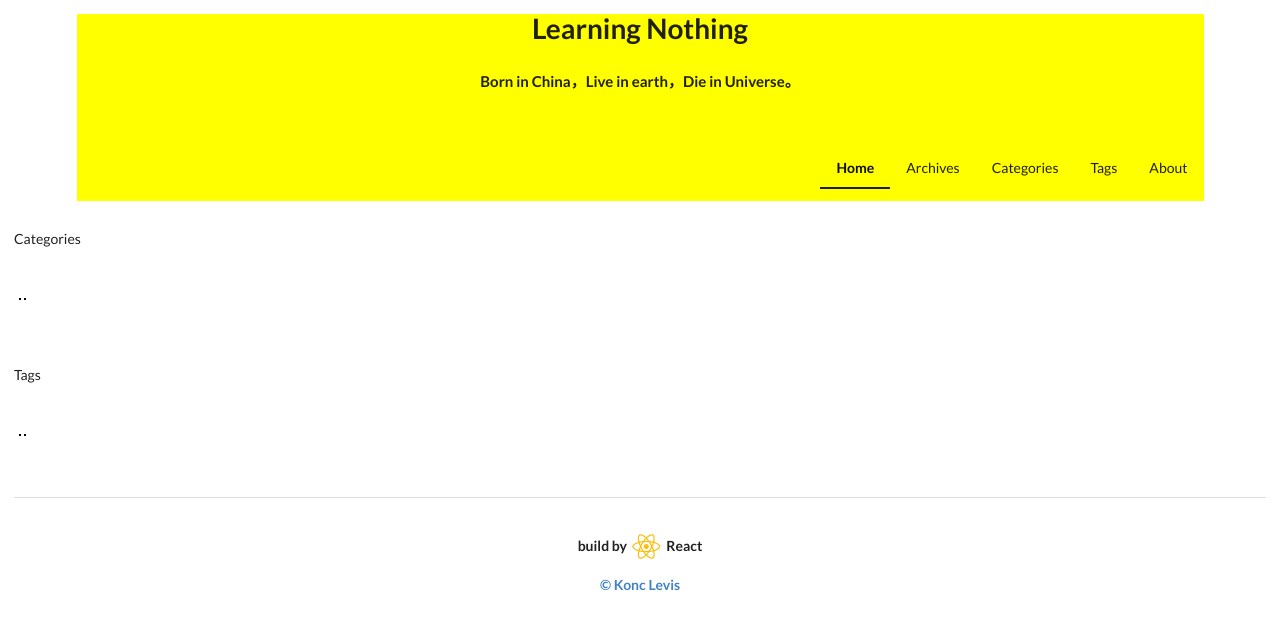
Repository: chu4j/my-spring-cloud-blog-frontend
Page: /
The author's editor kept a copy of each file at every save. The page is drawn from the files as they stood at one save, then again after the next save.
The browser window is 1280 px wide. The pictures show the whole page.
The page's requests for data from a server got no answer. The project was rebuilt for these pictures with package versions that can differ from the ones it lists, and the page was loaded fresh each time. No one was signed in, and anything a server would have sent is missing. Also part of the build but not shown: src/components/Categories.jsx, src/components/FocusContent.jsx, src/css/App.css, src/components/owner/LoginForm.jsx, src/components/Tags.jsx, src/components/Timeline.jsx, src/components/TimelineHome.jsx.

Above is the page before, as saved 2021-02-24 11:39:19.

### src/index.js
import React from 'react';
import ReactDOM from 'react-dom';
import { BrowserRouter } from 'react-router-dom';
import 'semantic-ui-css/semantic.min.css';
import './css/index.css';
import BlogRouter from './router/Router';
import  'github-markdown-css';
ReactDOM.render(<
    BrowserRouter forceRefresh={true} >
    <BlogRouter />
</BrowserRouter>,
    document.getElementById('root')
);

### src/css/index.css
body {
  margin: 1em;
  -webkit-font-smoothing: antialiased;
  -moz-osx-font-smoothing: grayscale;
}

code {
  font-family: source-code-pro, Menlo, Monaco, Consolas, "Courier New",
    monospace;
}

.post-container {
  padding: 2px;
  border-radius: 0.5em;
}

.post-title {
  color: #010101;
}

.post-title:hover {
  color: #010101;
  text-decoration: underline;
}

/*animate*/

.posts-appear {
  opacity: 0;
}

.posts-enter {
  opacity: 1;
  transform: scale(0.95);
}

.posts-enter-active {
  opacity: 1;
  transform: translateX(0);
  transition: opacity 300ms, transform 200ms;
}

.posts-exit {
  opacity: 1;
  transform: scale(0.9);
}

.posts-exit-active {
  opacity: 0;
  transform: translateX(0);
  transition: opacity 300ms, transform 200ms;
}

.post-container pre code {

}
.common-label {
  display: inline-block;
  margin: 5px;
  padding: 2px;
  color: #010101;
  border-bottom: 2px dotted #010101;
  border-radius: 0;
}

### src/router/Router.jsx
import { Route, Switch } from "react-router-dom";
import Categories from "../components/Categories";
import FocusPostComponent from "../components/FocusContent";
import Home from "../components/Home";
import LoginForm from "../components/owner/LoginForm";
import Tags from "../components/Tags";
import MyTimeline from "../components/Timeline";
import TimelineHome from "../components/TimelineHome";
export default function BlogRouter() {
  return (
    <Switch>
      <Route path="/" exact>
        <Home />
      </Route>
      <Route path="/owner/login" exact>
        <LoginForm />
      </Route>
      <Route path="/category/:name" exact>
        <Home />
      </Route>
      <Route path="/tag/:name" exact>
        <Home />
      </Route>
      <Route path="/posts/page/:pageNumber">
        <Home />
      </Route>
      <Route path="/category/:name/page/:pageNumber">
        <Home />
      </Route>
      <Route path="/tag/:name/page/:pageNumber">
        <Home />
      </Route>
      <Route path="/post/:postId" exact>
        <FocusPostComponent />
      </Route>
      <Route path="/categories" exact>
        <Categories />
      </Route>
      <Route path="/tags" exact>
        <Tags />
      </Route>
      <Route path="/posts/timeline" exact>
        <TimelineHome />
      </Route>
      <Route path="/posts/timeline/page/:pageNumber" exact>
        <TimelineHome />
      </Route>
    </Switch>
  );
}

### src/components/Home.jsx
import { React, useEffect, useState } from "react";
import { useParams, useRouteMatch } from "react-router-dom";
import "../css/App.css";
import { ServerHost } from "./AppConfig";
import BlogLayout from "./BlogLayout";
import CategoryComponent from "./CategoryComponent";
import ContentComponent from "./Content";
import TagComponent from "./TagComponent";
async function getArchive(path) {
  const axios = require("axios").default;
  if (null == path) {
    return axios.get(ServerHost + "/v1/api/archive").then((res) => res.data);
  } else {
    return axios.get(path).then((res) => res.data);
  }
}
function countPath(router, name, pageNumber) {
  let requestUrl = "";
  let pagePrefix = "";
  const path = router.path;
  switch (path) {
    case "/":
      requestUrl = ServerHost + "/v1/api/archive";
      pagePrefix = "/posts/page/";
      break;
    case "/category/:name":
      requestUrl = ServerHost + "/v1/api/category/" + name;
      pagePrefix = "/category/" + name + "/page/";
      break;
    case "/category/:name/page/:pageNumber":
      requestUrl =
        ServerHost + "/v1/api/category/" + name + "?page=" + pageNumber;
      pagePrefix = "/category/" + name + "/page/";
      break;
    case "/tag/:name":
      requestUrl = ServerHost + "/v1/api/tag/" + name;
      pagePrefix = "/tag/" + name + "/page/";
      break;
    case "/tag/:name/page/:pageNumber":
      requestUrl = ServerHost + "/v1/api/tag/" + name + "?page=" + pageNumber;
      pagePrefix = "/tag/" + name + "/page/";
      break;
    case "/posts/page/:pageNumber":
      requestUrl = ServerHost + "/v1/api/archive?page=" + pageNumber;
      pagePrefix = "/posts/page/";
      break;
    default:
      break;
  }
  return { requestUrl, pagePrefix };
}
export default function Home() {
  let { name, pageNumber } = useParams();
  const router = useRouteMatch();
  console.log("router:" + JSON.stringify(router) + " type:" + typeof router);
  const params = countPath(router, name, pageNumber);
  console.log("returnPath:" + params.requestUrl);
  let activePage = 1;
  if (null != pageNumber && undefined != pageNumber) activePage = pageNumber;
  const [response, setData] = useState({});
  useEffect(() => {
    getArchive(params.requestUrl).then((res) => {
      setData(res);
    });
  }, []);
  return (
    <BlogLayout
      CategoryComponent={<CategoryComponent />}
      TagComponent={<TagComponent />}
      ContentComponent={
        <ContentComponent
          response={response}
          activePage={activePage}
          pagePrefix={params.pagePrefix}
        />
      }
      style={{ margin: 0, padding: 0 }}
    />
  );
}

### src/components/BlogLayout.jsx
import { Grid } from "semantic-ui-react";
import "../css/index.css";
import Header from "./BlogHeader";
import DivRow from "./Common";
import Footer from "./Footer";
export default function BlogLayout(props) {
  return (
    <div className="customBackground">
      <Grid stackable>
        <Grid.Row columns={1}>
          <Header />
        </Grid.Row>
        <Grid.Row>
          {props.CategoryComponent && props.TagComponent && (
            <Grid.Column width={3}>
              {props.CategoryComponent}
              <DivRow />
              <DivRow />
              <DivRow />
              {props.TagComponent}
            </Grid.Column>
          )}
          {props.CategoryComponent &&
          props.TagComponent &&
          props.ContentComponent ? (
            <Grid.Column width={12}>{props.ContentComponent}</Grid.Column>
          ) : (
            <Grid.Column width={16}>{props.ContentComponent}</Grid.Column>
          )}
        </Grid.Row>
        <Grid.Row columns={1}>
          <Grid.Column>
            <Footer />
          </Grid.Column>
        </Grid.Row>
      </Grid>
    </div>
  );
}

### src/components/CategoryComponent.jsx
import React, { Component } from "react";
import { ServerHost } from "./AppConfig";
import DivRow from "./Common";
class CategoryComponent extends Component {
  state = {
    data: [{}],
  };
  componentDidMount() {
    const axois = require("axios").default;
    axois
      .get(ServerHost + "/v1/api/category/statistics/count")
      .then((res) => {
        const data = res.data;
        this.setState({ data: data });
      })
      .catch((error) => {
        console.log(error);
      });
    console.log("category card render");
  }
  render() {
    return (
      <>
        <span>Categories</span>
        <DivRow />
        <div>
          {this.state.data.map((e, index) => (
            <a key={index} href={"/category/" + e.value} className="common-label">
              {e.value}
              &nbsp;
              {e.count}
            </a>
          ))}
        </div>
      </>
    );
  }
}
export default CategoryComponent;

### src/components/AppConfig.jsx
export const ServerHost = "http://localhost:9000";

### src/components/Content.jsx
import { React, useEffect, useState } from "react";
import { useHistory, withRouter } from "react-router-dom";
import { CSSTransition } from "react-transition-group";
import { Container, Grid, Header, Icon, Pagination } from "semantic-ui-react";
import DivRow from "./Common";

function ContentComponent(props) {
  const hljs = require("highlight.js");
  const [showComponent, setShowComponent] = useState(false);
  console.log("state : " + showComponent);
  useEffect(() => {
    let time = setTimeout(() => setShowComponent(true), 100);
    hljs.highlightAll();
    return () => {
      clearTimeout(time);
    };
  }, []);
  const history = useHistory();
  const handlePaginationClick = (e, { activePage }) => {
    const url = props.pagePrefix + activePage;
    history.push(url);
  };
  return (
    <>
      <CSSTransition
        in={showComponent}
        classNames="posts"
        timeout={200}
        unmountOnExit
      >
        <Container fluid>
          {props.response.list &&
            props.response.list.map((a, index) => (
              <div
                className="post-container"
                style={index > 0 ? { marginTop: "20px" } : {}}
              >
                <Header as="h1" textAlign="center">
                  <a href={"/post/" + a.serialNumber} className="post-title">
                    {a.title}
                  </a>
                </Header>
                {
                  <div
                    className="markdown-body"
                    dangerouslySetInnerHTML={{ __html: a.content }}
                  ></div>
                }

                <DivRow />
                {a.category && a.tag && (
                  <>
                    <Container fluid>
                      <Grid>
                        <Grid.Row>
                          <Grid.Column width={5}>
                            {a.category.map((c, index) => (
                              <>
                                {" "}
                                <div key={index}>
                                  <span>
                                    <Icon name="linkify" color="blue" />
                                    <a
                                      href={"/category/" + c.category}
                                      style={{ fontWeight: "900" }}
                                    >
                                      {c.category}
                                    </a>
                                  </span>
                                </div>
                              </>
                            ))}
                          </Grid.Column>

                          <Grid.Column width={11}>
                            {a.tag.map((t, index) => (
                              <>
                                {" "}
                                <span key={index}>
                                  <Icon name="hashtag" color="yellow" />
                                  <a
                                    href={"/tag/" + t.tag}
                                    style={{ fontWeight: "900" }}
                                  >
                                    {t.tag}
                                  </a>
                                </span>
                              </>
                            ))}
                          </Grid.Column>
                        </Grid.Row>
                      </Grid>
                    </Container>
                  </>
                )}
                <DivRow />
                <DivRow />
              </div>
            ))}
          {props.response.totalPage > 1 && props.activePage && (
            <Container fluid textAlign="center" style={{ marginTop: "2em" }}>
              <Pagination
                totalPages={props.response.totalPage}
                firstItem={null}
                lastItem={null}
                pointing
                secondary
                activePage={props.activePage}
                onPageChange={handlePaginationClick}
              />
            </Container>
          )}
          {props.focus && props.response.list && (
            <div style={{ marginTop: "1em" }}>
              <Grid stackable>
                <Grid.Row>
                  <Grid.Column width={8}>
                    {props.response.list.map((e, index) => (
                      <>
                        {e.previous && (
                          <a
                            key={index}
                            href={"/post/" + e.previous.serialNumber}
                            style={{ fontWeight: "900" }}
                          >
                            <Icon name="angle left" size="big"></Icon>
                            &nbsp;&nbsp;{e.previous.title}
                          </a>
                        )}
                      </>
                    ))}
                  </Grid.Column>
                  <Grid.Column width={8} textAlign="right">
                    {props.response.list.map((e, index) => (
                      <>
                        {e.next && (
                          <a
                            key={index}
                            href={"/post/" + e.next.serialNumber}
                            style={{ fontWeight: "900" }}
                          >
                            {e.next.title}&nbsp;&nbsp;
                            <Icon name="angle right" size="big"></Icon>
                          </a>
                        )}
                      </>
                    ))}
                  </Grid.Column>
                </Grid.Row>
              </Grid>
            </div>
          )}
        </Container>
      </CSSTransition>
    </>
  );
}
export default withRouter(ContentComponent);

### src/components/TagComponent.jsx
import React, { Component } from "react";
import { ServerHost } from "./AppConfig";
import DivRow from "./Common";
class TagComponent extends Component {
  state = {
    data: [{}],
  };
  componentDidMount() {
    const axois = require("axios").default;
    axois
      .get(ServerHost + "/v1/api/tag/statistics/count")
      .then((res) => {
        const data = res.data;
        this.setState({ data: data });
      })
      .catch((error) => {
        console.error(error);
      });
  }
  render() {
    return (
      <>
        <span>Tags</span>
        <DivRow />
        <div>
          {this.state.data.map((e, index) => (
            <a key={index} href={"/tag/" + e.value} className="common-label">
              {e.value}
              &nbsp;
              {e.count}
            </a>
          ))}
        </div>
      </>
    );
  }
}
export default TagComponent;

### src/components/Common.jsx
export default function DivRow() {
  return <div>&nbsp;</div>;
}

### src/components/BlogHeader.jsx
import React, { Component } from "react";
import { Container, Header, Menu, Visibility } from "semantic-ui-react";
const menuStyle = {
  border: "none",
  borderRadius: 0,
  boxShadow: "none",
  marginBottom: "1em",
  marginTop: "4em",
  transition: "box-shadow 0.5s ease, padding 0.5s ease",
};

const fixedMenuStyle = {
  backgroundColor: "#fff",
  border: "1px solid #ddd",
  boxShadow: "0px 3px 5px rgba(0, 0, 0, 0.2)",
};

const overlayStyle = {
  float: "left",
  margin: "0em 3em 1em 0em",
};

const fixedOverlayStyle = {
  ...overlayStyle,
  position: "fixed",
  top: "80px",
  zIndex: 10,
};

const overlayMenuStyle = {
  position: "relative",
  left: 0,
  transition: "left 0.5s ease",
};

const fixedOverlayMenuStyle = {
  ...overlayMenuStyle,
  left: "800px",
};

class BlogHeader extends Component {
  state = {
    activeItem: "home",
    menuFixed: false,
    overlayFixed: false,
  };
  stickOverlay = () => this.setState({ overlayFixed: true });

  stickTopMenu = () => this.setState({ menuFixed: true });

  unStickOverlay = () => this.setState({ overlayFixed: false });

  unStickTopMenu = () => this.setState({ menuFixed: false });

  handleItemClick = (e, { name }) => this.setState({ activeItem: name });
  render() {
    const { activeItem, menuFixed, overlayFixed, overlayRect } = this.state;
    return (
      <Container textAlign="right" style={{backgroundColor:'yellow'}}>
        <Header as="h1" content="Learning Nothing" textAlign="center" />
        <Header
          as="h4"
          content="Born in China，Live in earth，Die in Universe。"
          textAlign="center"
        />
        <Visibility
          onBottomPassed={this.stickTopMenu}
          onBottomVisible={this.unStickTopMenu}
          once={false}
        />
        <Menu
          borderless
          fixed={menuFixed ? "top" : undefined}
          style={menuFixed ? fixedMenuStyle : menuStyle}
          pointing
          secondary
          className="blog-header"
        >
          <Menu.Item
            as="a"
            name="home"
            active={activeItem === "home"}
            onClick={this.handleItemClick}
            position="right"
            link
            href="/"
          ></Menu.Item>
          <Menu.Item
            as="a"
            name="archives"
            active={activeItem === "archives"}
            onClick={this.handleItemClick}
            link
            href="/posts/timeline"
          />
          <Menu.Item
            as="a"
            name="categories"
            active={activeItem === "categories"}
            onClick={this.handleItemClick}
            link
            href="/categories"
          />
          <Menu.Item
            name="tags"
            active={activeItem === "tags"}
            onClick={this.handleItemClick}
            as="a"
            href="/tags"
          />
          <Menu.Item
            name="about"
            active={activeItem === "about"}
            onClick={this.handleItemClick}
          />
        </Menu>
        <Visibility
          offset={80}
          once={false}
          onTopPassed={this.stickOverlay}
          onTopVisible={this.unStickOverlay}
          style={overlayFixed ? { ...overlayStyle, ...overlayRect } : {}}
        />
      </Container>
    );
  }
}

export default BlogHeader;

### src/components/Footer.jsx
import { Component, React } from "react";
import { Divider, Icon } from "semantic-ui-react";
import DivRow from "./Common";

class Footer extends Component {
  render() {
    return (
      <div style={{ marginTop: "2em", textAlign: "center" }}>
        <Divider />
        <DivRow />
        <p style={{ fontWeight: "900" }}>
          build by <Icon name="react" color="yellow" size="big" />
          <b>React</b>
        </p>

        <a href="https://www.github.com/konchoo">
          <b>&copy;&nbsp;Konc Levis</b>
        </a>
      </div>
    );
  }
}
export default Footer;

Loaded but not shown: public/index.html (common file)

After the next save:
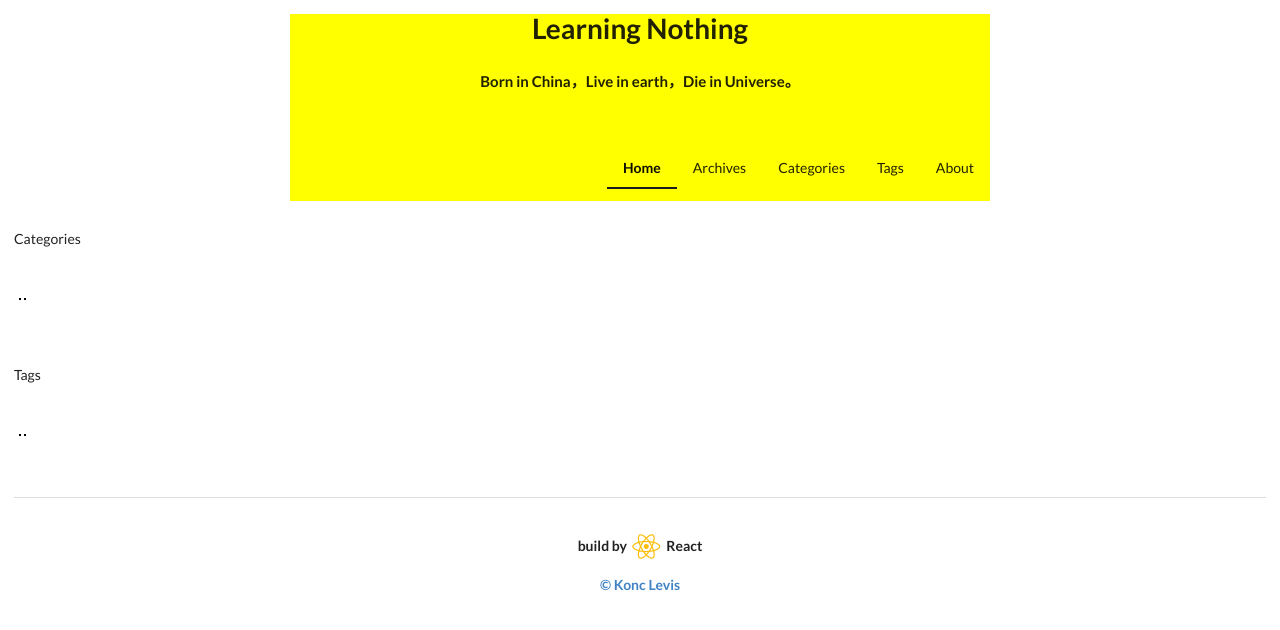
Saved 46 s later.
--- a/src/components/BlogHeader.jsx
+++ b/src/components/BlogHeader.jsx
@@ -56,7 +56,7 @@ class BlogHeader extends Component {
   render() {
     const { activeItem, menuFixed, overlayFixed, overlayRect } = this.state;
     return (
-      <Container textAlign="right" style={{backgroundColor:'yellow'}}>
+      <Container textAlign="right" text style={{backgroundColor:'yellow'}}>
         <Header as="h1" content="Learning Nothing" textAlign="center" />
         <Header
           as="h4"
